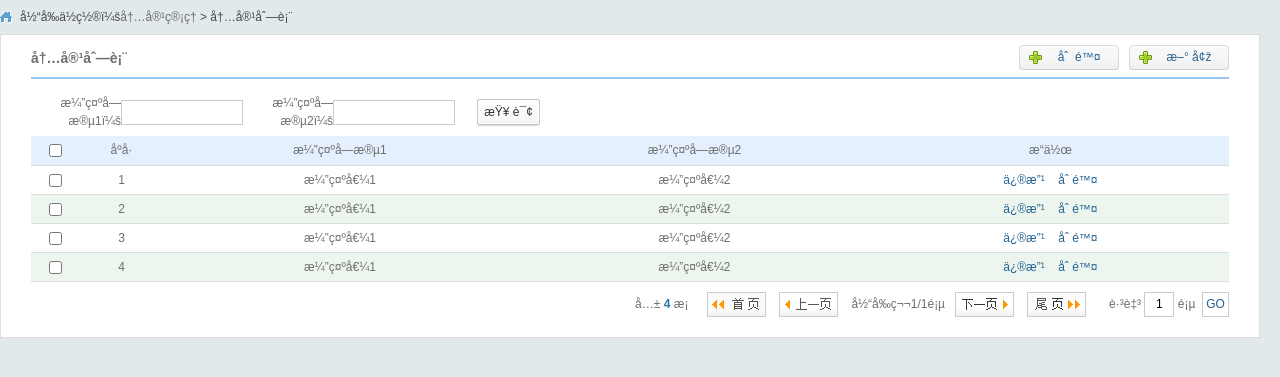
Repository: Bosssheep/LearningProject
Page: http://localhost/MicroMessage/WEB-INF/jsp/back/list.jsp
An editor plug-in stored every save of this project. The page is shown before and after the next save, followed by the edit.
The browser window is 1280 px wide. The pictures show the whole page.
The page is served by Tomcat 9. Nobody is signed in. The template is opened directly, without the code that normally fills it, so the values that code supplies are empty.

Above is the page before, as saved 2018-05-02 14:30:54.
Console error (its wording comes from the project's code and is left out).

After the next save:
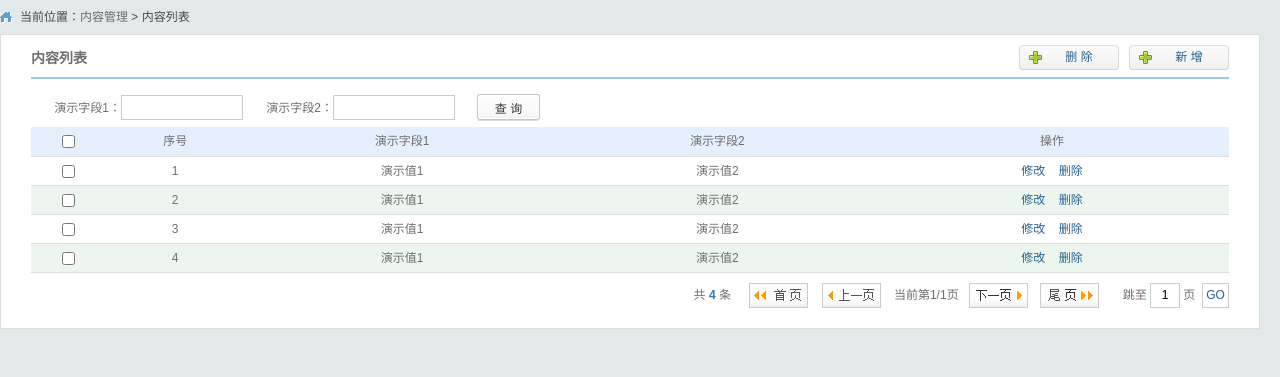
Saved 40 s later.
--- a/MicroMessage/WebContent/WEB-INF/jsp/back/list.jsp
+++ b/MicroMessage/WebContent/WEB-INF/jsp/back/list.jsp
@@ -1,5 +1,5 @@
-<%@ page language="java" contentType="text/html; charset=ISO-8859-1"
-    pageEncoding="ISO-8859-1"%>
+<%@ page language="java" contentType="text/html; charset=utf-8"
+    pageEncoding="utf-8"%>
 <!DOCTYPE html PUBLIC "-//W3C//DTD HTML 4.01 Transitional//EN" "http://www.w3.org/TR/html4/loose.dtd">
 <html>
 <head>
